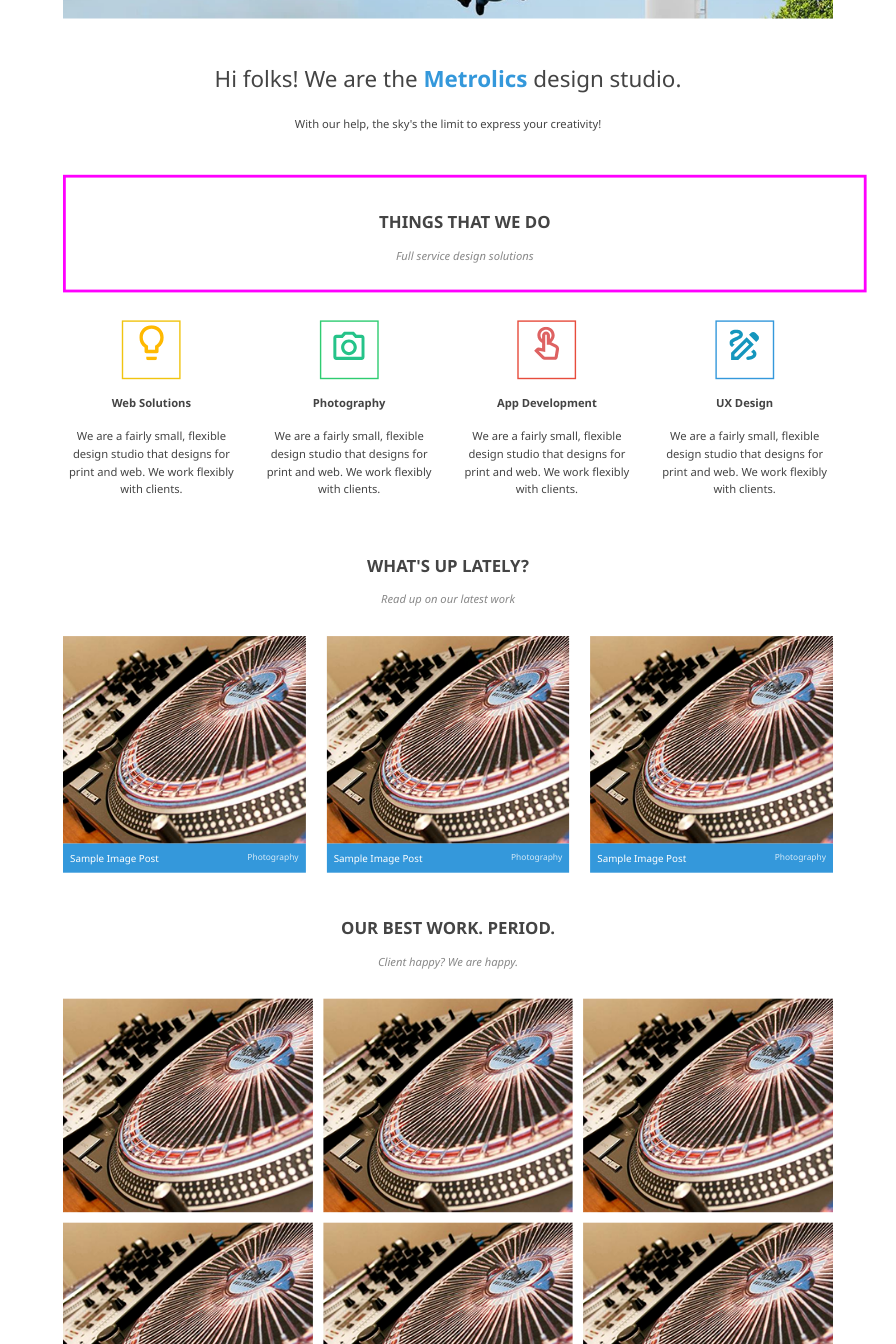
Repository: DavidYoo5/Project-1-Lab-2B-Assignment
Page: Project-1-Lab-2B-Assignment/index.html
These files come from the project's save history. The page is drawn as it stood at one moment and after the next save; the edit follows.
The browser window is 1280 px wide. The pictures show the part of the page from y = 674 to 2594 px (the page is 3880 px tall before and 3872 px after), at 70% of full size.

Above is the page before, as saved 2026-01-28 16:34:47.

### Project-1-Lab-2B-Assignment/index.html
<!doctype html>
<html lang="en">
  <head>
    <meta charset="utf-8" />
    <meta name="viewport" content="width=device-width, initial-scale=1" />
    <title>Metrolics</title>
    <!-- <link rel="stylesheet" href="css/style.css"> -->
    <meta name="description" content="website for lab 2" />
    <link rel="stylesheet" href="style.css" />

    <!-- <meta property="og:title" content="">
  <meta property="og:type" content="">
  <meta property="og:url" content="">
  <meta property="og:image" content="">
  <meta property="og:image:alt" content="">

  <link rel="icon" href="/favicon.ico" sizes="any">
  <link rel="icon" href="/icon.svg" type="image/svg+xml">
  <link rel="apple-touch-icon" href="icon.png">
   <script src="js/app.js"></script>


  <link rel="manifest" href="site.webmanifest"> -->
    <meta name="theme-color" content="#fafafa" />
  </head>

  <body>
    <header class="site-header">
      <div class="header-container">
        <div class="logoAndHeading">
          <h1>Metrolics</h1>
          <div class="logo-vectors">
            <svg
              id="Layer_2"
              data-name="Layer 2"
              xmlns="http://www.w3.org/2000/svg"
              viewBox="0 0 111.31 111.31"
            >
              <defs>
                <style>
                  .cls-1 {
                    fill: #1691bd;
                  }

                  .cls-1,
                  .cls-2,
                  .cls-3,
                  .cls-4 {
                    fill-rule: evenodd;
                  }

                  .cls-2 {
                    fill: #25c389;
                  }

                  .cls-3 {
                    fill: #de6262;
                  }

                  .cls-4 {
                    fill: #ffb901;
                  }
                </style>
              </defs>
              <g id="Layer_1-2" data-name="Layer 1">
                <path class="cls-4" d="M74.21,0h37.1v37.1h-37.1V0Z" />
                <path class="cls-2" d="M0,0h37.1v37.1H0V0Z" />
                <path class="cls-1" d="M37.1,37.1h37.1v37.1h-37.1v-37.1Z" />
                <path class="cls-4" d="M0,74.21h37.1v37.1H0v-37.1Z" />
                <path class="cls-3" d="M74.21,74.21h37.1v37.1h-37.1v-37.1Z" />
              </g>
            </svg>
          </div>
        </div>
        <div class="main-nav-container">
          <nav class="main-nav">
            <a href="#" class="nav-home">Home ></a>
            <a href="#" class="nav-portfolio">Portfolio ></a>
            <a href="#" class="nav-blog">Blog ></a>
            <a href="#" class="nav-quo">Quo Vadis? ></a>
            <a href="#" class="nav-chat">Let's Chat ></a>
          </nav>
        </div>
      </div>
    </header>

    <section class="hero">
      <div class="hero-content">
        <h1 class="hero-title">Metro Style</h1>
        <h2 class="hero-subtitle">Quick on the feet</h2>
        <h3 class="hero-tagline">Metro Styling reinvented</h3>
      </div>
      <img
        src="img/00c1b9f08d738d1023baf2062988c56225701209.png"
        alt="Hero Image"
        class="hero-img"
      />
    </section>

    <section class="intro">
      <h2>Hi folks! We are the <span>Metrolics</span> design studio.</h2>
      <p>With our help, the sky's the limit to express your creativity!</p>
    </section>

    <section class="services">
      <div class="section-heading pink-border">
        <h3>Things That We Do</h3>
        <p>Full service design solutions</p>
      </div>
      <div class="services-grid">
        <div class="service-item">
          <div class="icon-box yellow">
            <svg
              width="35"
              height="50"
              viewBox="0 0 35 50"
              fill="none"
              xmlns="http://www.w3.org/2000/svg"
            >
              <path
                d="M10 47.5C10 48.875 11.125 50 12.5 50H22.5C23.875 50 25 48.875 25 47.5V45H10V47.5ZM17.5 0C7.85 0 0 7.85 0 17.5C0 23.45 2.975 28.675 7.5 31.85V37.5C7.5 38.875 8.625 40 10 40H25C26.375 40 27.5 38.875 27.5 37.5V31.85C32.025 28.675 35 23.45 35 17.5C35 7.85 27.15 0 17.5 0ZM24.625 27.75L22.5 29.25V35H12.5V29.25L10.375 27.75C7 25.4 5 21.575 5 17.5C5 10.6 10.6 5 17.5 5C24.4 5 30 10.6 30 17.5C30 21.575 28 25.4 24.625 27.75Z"
                fill="#FFB901"
              />
            </svg>
          </div>
          <h4>Web Solutions</h4>
          <p>
            We are a fairly small, flexible design studio that designs for print
            and web. We work flexibly with clients.
          </p>
        </div>
        <div class="service-item">
          <div class="icon-box green">
            <svg
              width="45"
              height="41"
              viewBox="0 0 45 41"
              fill="none"
              xmlns="http://www.w3.org/2000/svg"
            >
              <path
                d="M40.5 4.5H33.3675L29.25 0H15.75L11.6325 4.5H4.5C2.025 4.5 0 6.525 0 9V36C0 38.475 2.025 40.5 4.5 40.5H40.5C42.975 40.5 45 38.475 45 36V9C45 6.525 42.975 4.5 40.5 4.5ZM40.5 36H4.5V9H13.6125L17.73 4.5H27.27L31.3875 9H40.5V36ZM22.5 11.25C16.29 11.25 11.25 16.29 11.25 22.5C11.25 28.71 16.29 33.75 22.5 33.75C28.71 33.75 33.75 28.71 33.75 22.5C33.75 16.29 28.71 11.25 22.5 11.25ZM22.5 29.25C18.7875 29.25 15.75 26.2125 15.75 22.5C15.75 18.7875 18.7875 15.75 22.5 15.75C26.2125 15.75 29.25 18.7875 29.25 22.5C29.25 26.2125 26.2125 29.25 22.5 29.25Z"
                fill="#25C389"
              />
            </svg>
          </div>
          <h4>Photography</h4>
          <p>
            We are a fairly small, flexible design studio that designs for print
            and web. We work flexibly with clients.
          </p>
        </div>

        <div class="service-item">
          <div class="icon-box red">
            <svg
              width="36"
              height="48"
              viewBox="0 0 36 48"
              fill="none"
              xmlns="http://www.w3.org/2000/svg"
            >
              <path
                d="M31.9275 25.74L24.6375 22.095C27.54 19.845 29.4075 16.335 29.4075 12.375C29.4075 5.5575 23.85 0 17.0325 0C10.215 0 4.6575 5.5575 4.6575 12.375C4.6575 17.1675 7.4025 21.33 11.4075 23.3775V30.7125C6.57 29.6775 6.8625 29.7225 6.3225 29.7225C5.13 29.7225 4.005 30.195 3.15 31.05L0 34.245L11.4525 45.6975C12.42 46.6875 13.77 47.25 15.165 47.25H29.34C31.545 47.25 33.4125 45.675 33.7725 43.4925L35.5725 32.895C36.0675 29.97 34.605 27.09 31.9275 25.74ZM31.14 32.1525L29.34 42.75H15.165C14.9625 42.75 14.7825 42.66 14.625 42.525L6.345 34.245L15.9075 36.2475V12.375C15.9075 11.745 16.4025 11.25 17.0325 11.25C17.6625 11.25 18.1575 11.745 18.1575 12.375V25.875H22.1175L29.9025 29.7675C30.8025 30.2175 31.2975 31.185 31.14 32.1525ZM9.1575 12.375C9.1575 8.0325 12.69 4.5 17.0325 4.5C21.375 4.5 24.9075 8.0325 24.9075 12.375C24.9075 14.5125 24.0525 16.4475 22.6575 17.865V12.375C22.6575 9.27 20.1375 6.75 17.0325 6.75C13.9275 6.75 11.4075 9.27 11.4075 12.375V17.865C10.0125 16.4475 9.1575 14.5125 9.1575 12.375Z"
                fill="#DE6262"
              />
            </svg>
          </div>
          <h4>App Development</h4>
          <p>
            We are a fairly small, flexible design studio that designs for print
            and web. We work flexibly with clients.
          </p>
        </div>
        <div class="service-item">
          <div class="icon-box blue">
            <svg
              width="43"
              height="44"
              viewBox="0 0 43 44"
              fill="none"
              xmlns="http://www.w3.org/2000/svg"
            >
              <path
                d="M38.3042 17.8592L40.8658 15.2975C42.7508 13.4125 42.7508 10.3433 40.8658 8.45833L37.4583 5.05083C35.5733 3.16583 32.5042 3.16583 30.6192 5.05083L28.0575 7.6125L38.3042 17.8592ZM28.0575 21.2908L10.6575 38.6667H7.25V35.2592L24.6258 17.8833L28.0575 21.2908ZM24.6258 11.02L2.41667 33.2533V43.5H12.6633L34.8725 21.2908L24.6258 11.02ZM38.6667 35.0417C38.6667 40.3342 32.5283 43.5 26.5833 43.5C25.2542 43.5 24.1667 42.4125 24.1667 41.0833C24.1667 39.7542 25.2542 38.6667 26.5833 38.6667C30.305 38.6667 33.8333 36.9025 33.8333 35.0417C33.8333 33.9058 32.6733 32.9392 30.8608 32.1417L34.4375 28.565C37.0233 30.0875 38.6667 32.1175 38.6667 35.0417ZM3.81833 25.0125C1.47417 23.6592 0 21.895 0 19.3333C0 14.9833 4.5675 12.9775 8.60333 11.2133C11.0925 10.1017 14.5 8.60333 14.5 7.25C14.5 6.25917 12.615 4.83333 9.66667 4.83333C6.62167 4.83333 5.31667 6.3075 5.24417 6.38C4.39833 7.37083 2.87583 7.49167 1.86083 6.67C0.87 5.84833 0.676666 4.37417 1.49833 3.335C1.76417 2.99667 4.25333 0 9.66667 0C15.08 0 19.3333 3.19 19.3333 7.25C19.3333 11.7692 14.6692 13.8233 10.5367 15.6358C8.265 16.6267 4.83333 18.125 4.83333 19.3333C4.83333 20.0825 5.8725 20.7833 7.41917 21.4117L3.81833 25.0125Z"
                fill="#1596BD"
              />
            </svg>
          </div>
          <h4>UX Design</h4>
          <p>
            We are a fairly small, flexible design studio that designs for print
            and web. We work flexibly with clients.
          </p>
        </div>
      </div>
    </section>

    <section class="blog">
      <div class="section-heading">
        <h3>What's Up Lately?</h3>
        <p>Read up on our latest work</p>
      </div>
      <div class="blog-grid">
        <div class="blog-card">
          <img
            src="img/9d8936101658556ea729473327b08b9089fea2ca.png"
            alt="Blog"
          />
          <div class="blog-info">
            Sample Image Post <span>Photography</span>
          </div>
        </div>
        <div class="blog-card">
          <img
            src="img/9d8936101658556ea729473327b08b9089fea2ca.png"
            alt="Blog"
          />
          <div class="blog-info">
            Sample Image Post <span>Photography</span>
          </div>
        </div>
        <div class="blog-card">
          <img
            src="img/9d8936101658556ea729473327b08b9089fea2ca.png"
            alt="Blog"
          />
          <div class="blog-info">
            Sample Image Post <span>Photography</span>
          </div>
        </div>
      </div>
    </section>

    <section class="portfolio">
      <div class="section-heading">
        <h3>Our Best Work. Period.</h3>
        <p>Client happy? We are happy.</p>
      </div>
      <div class="portfolio-grid">
        <img
          src="img/9d8936101658556ea729473327b08b9089fea2ca.png"
          alt="Work"
        />
        <img
          src="img/9d8936101658556ea729473327b08b9089fea2ca.png"
          alt="Work"
        />
        <img
          src="img/9d8936101658556ea729473327b08b9089fea2ca.png"
          alt="Work"
        />
        <img
          src="img/9d8936101658556ea729473327b08b9089fea2ca.png"
          alt="Work"
        />
        <img
          src="img/9d8936101658556ea729473327b08b9089fea2ca.png"
          alt="Work"
        />
        <img
          src="img/9d8936101658556ea729473327b08b9089fea2ca.png"
          alt="Work"
        />
      </div>
    </section>

    <section class="clients">
      <div class="section-heading">
        <h3>Satisfaction Guaranteed</h3>
        <p>
          Past clients stoked with our work. We are not happy until YOU are
          happy.
        </p>
      </div>
      <div class="client-grid">
        <div class="client-box"><img src="Client-Krita.png" alt="Krita" /></div>
        <div class="client-box">
          <img src="img/Client-Inkscape.png" alt="Inkscape" />
        </div>
        <div class="client-box"><img src="Client-Godot.png" alt="Godot" /></div>
        <div class="client-box">
          <img src="img/Client-Blender.png" alt="Blender" />
        </div>
        <div class="client-box">
          <img src="img/Client-Penpot.png" alt="Penpot" />
        </div>
      </div>
    </section>

    <footer class="site-footer">
      <div class="content-in-footer">
        <div class="footer-top">
          <img
            src="img/87e668f15f35aacbb73c4f1a013d22e3d90bf0ea.png"
            alt="Alf"
            class="footer-avatar"
          />
          <p class="bio-alf">
            Alf has over 10 years experience in the industry. He is our Creative
            Director, digital designer, web designer and front-end developer. He
            is also pretty good with a sketchbook. Before starting the company
            Peewee worked as a designer and studio manager for a design house
            who boasted a number of big name clients.
          </p>
        </div>

        <div class="footer-main">
          <div class="footer-col">
            <h4 class="footer-h yellow-underline">About Us</h4>
            <p class="about-us-p">
              Minions ipsum potatoooo potatoooo uuuhhh. Chasy poulet tikka
              masala jiji wiiiiih hahaha po kass tulaliloo potatoooo. Bee do bee
              do bee do chasy ti aamoo! Po kass daa b ee do bee do bee do po
              kass wiiiiii butt chasy.
            </p>
            <p class="about-us-p">
              Pepete uuuhhh hahaha gelatooo belloo! Bananaaaa aaaaaah butt
              potatoooo hana dul sae butt. Hahaha wiiiii ti aamoo! Ti aamoo!
              Baboiii jeje. Hahaha gelatooo daa me want bananaaa! Underweaaar
              potatoooo tank yuuu! Aaaaaah potatoooo poopayee.
            </p>
          </div>
          <div class="footer-col">
            <h4 class="footer-h blue-underline">Instagram</h4>
            <div class="insta-grid">
              <img
                src="img/a1e67b2d3c8bb07d5fb83b2f349484c7c0fd2724.png"
                alt="insta"
              />
              <img
                src="img/a1e67b2d3c8bb07d5fb83b2f349484c7c0fd2724.png"
                alt="insta"
              />
              <img
                src="img/a1e67b2d3c8bb07d5fb83b2f349484c7c0fd2724.png"
                alt="insta"
              />
              <img
                src="img/a1e67b2d3c8bb07d5fb83b2f349484c7c0fd2724.png"
                alt="insta"
              />
              <img
                src="img/a1e67b2d3c8bb07d5fb83b2f349484c7c0fd2724.png"
                alt="insta"
              />
              <img
                src="img/a1e67b2d3c8bb07d5fb83b2f349484c7c0fd2724.png"
                alt="insta"
              />
              <img
                src="img/a1e67b2d3c8bb07d5fb83b2f349484c7c0fd2724.png"
                alt="insta"
              />
              <img
                src="img/a1e67b2d3c8bb07d5fb83b2f349484c7c0fd2724.png"
                alt="insta"
              />
            </div>
          </div>
          <div class="footer-mastodon">
            <h4 class="footer-h yellow-underline">What's New on Mastodon</h4>
            <p class="mastodon-p">
              <span>@Minions</span> - ipsum banana potatoooo uuuhhh. Chasy
              poulet tikka masala jiji wiiiii hahaha tulaliloo potatoooo. Bee do
              bee do bee do chasy ti aamoo! Po kass daa b ee do bee do bee do po
              kass wiiiii butt chasy. Pepete uuuhhh hahaha gelatooo belloo!
              ananaaaa aaaaaah butt potatoooo hana dul sae butt. Hahaha wiiiii
              ti aamoo! Ti aamoo! Baboiii jeje. Hahaha gelatooo daa me want
              bananaaa! Underweaaar potatoooo tank yuuu! Aaaaaah potatoooo
              poopayee.
            </p>
            <p class="mastodon-p">
              <span>@Minions</span> - ipsum banana potatoooo uuuhhh. Chasy
              poulet tikka masala jiji wiiiii hahaha tulaliloo potatoooo. Bee do
              bee do bee do chasy ti aamoo! Po kass daa b ee do bee do bee do po
              kass wiiiii butt chasy. Pepete uuuhhh hahaha gelatooo belloo!
              ananaaaa aaaaaah butt potatoooo hana dul sae butt. Hahaha wiiiii
              ti aamoo! Ti aamoo! Baboiii jeje. Hahaha gelatooo daa me want
              bananaaa! Underweaaar potatoooo tank yuuu! Aaaaaah potatoooo
              poopayee.
            </p>
            <p class="mastodon-p">
              <span>@Minions</span> - ipsum banana potatoooo uuuhhh. Chasy
              poulet tikka masala jiji wiiiii hahaha tulaliloo potatoooo. Bee do
              bee do bee do chasy ti aamoo! Po kass daa b ee do bee do bee do po
              kass wiiiii butt chasy. Pepete uuuhhh hahaha gelatooo belloo!
              ananaaaa aaaaaah butt potatoooo hana dul sae butt. Hahaha wiiiii
              ti aamoo! Ti aamoo! Baboiii jeje. Hahaha gelatooo daa me want
              bananaaa! Underweaaar potatoooo tank yuuu! Aaaaaah potatoooo
              poopayee.
            </p>
          </div>

          <div class="footer-track-us">
            <h4 class="footer-h blue-underline">Track us!</h4>
            <div class="social-squares">
              <div class="sq blue"></div>
              <div class="sq orange"></div>
              <div class="sq cyan"></div>
              <div class="sq pink"></div>
              <div class="sq gold"></div>
            </div>

            <div class="newsletter">
              <input type="text" placeholder="Enter your Email..." />
              <button>➤</button>
            </div>
          </div>
        </div>
        <div class="footer-bottom-bar">
          <div class="bar-green"></div>
          <div class="bar-yellow"></div>
          <div class="bar-red"></div>
          <div class="bar-blue"></div>
          <div class="bar-dark"></div>
        </div>
      </div>
    </footer>
  </body>
</html>

### Project-1-Lab-2B-Assignment/style.css
/* --- Body --- */

body {
  font-family: "Segoe UI", Tahoma, Geneva, Verdana, sans-serif;
  color: #444;
  line-height: 1.6;
  text-align: center;
  height: 100vh;
  width: 100vw;
  margin: 0px;
}

/* --- Header & Nav --- */
.site-header {
  background: #fff;
  padding-left: 10;
}

.header-container {
  max-width: 1100px;
  margin: 0 auto;
  display: flex;
  justify-content: space-between;
  align-items: center;
}

.logoAndHeading {
  font-size: 24px;
  font-weight: bold;
  color: #333;
  display: flex;
  flex-direction: row;
  align-items: center;
  gap: 20px;
}

.logo-vectors {
  display: inline-block;
  width: 20px;
  height: 20px;
  margin-left: 2px;
}

.main-nav a {
  text-decoration: none;
  color: white;
  font-size: 14px;
  font-weight: bold;
}

.nav-home {
  background-color: #2ecc71;
  padding: 0;
  margin: 0;
}

.nav-portfolio {
  background-color: #f1c40f;
  padding: 0;
  margin: 0;
}

.nav-blog {
  background-color: #e74c3c;
  padding: 0;
  margin: 0;
}

.nav-quo {
  background-color: #3498db;
  padding: 0;
  margin: 0;
}

.nav-chat {
  background-color: #34495e;
  padding: 0;
  margin: 0;
}

/* --- Hero Section --- */
.hero {
  position: relative;
  height: 500px;
  overflow: hidden;
}

.hero-img {
  width: 100%;
  height: 100%;
  object-fit: cover;
}

.hero-content {
  position: absolute;
  top: 50%;
  left: 15%;
  transform: translateY(-50%);
  text-align: left;
  z-index: 2;
}

.hero-content h1,
.hero-content h2,
.hero-content h3 {
  background: white;
  padding: 10px 20px;
  margin-bottom: 10px;
  display: table;
  font-weight: normal;
  box-shadow: 2px 2px 5px rgba(0, 0, 0, 0.1);
}

.hero-title {
  border-left: 5px solid #3498db;
  font-size: 28px;
}

.hero-subtitle {
  border-left: 5px solid #e74c3c;
  font-size: 22px;
}

.hero-tagline {
  border-left: 5px solid #f1c40f;
  font-size: 18px;
}

/* --- Sections Common --- */
section {
  max-width: 1100px;
  margin: 60px auto;
  padding: 0 20px;
}

.section-heading {
  margin-bottom: 40px;
}

.section-heading h3 {
  font-size: 24px;
  text-transform: uppercase;
  margin-bottom: 5px;
}

.section-heading p {
  color: #888;
  font-style: italic;
}

.pink-border {
  border: 4px solid #ff00ff;
  padding: 20px;
  display: inline-block;
  width: 100%;
}

/* --- Intro --- */
.intro h2 {
  font-size: 32px;
  font-weight: 300;
}

.intro span {
  color: #3498db;
  font-weight: bold;
}

/* --- Grids --- */
.services-grid,
.blog-grid,
.portfolio-grid,
.client-grid {
  display: grid;
  gap: 30px;
}

.services-grid {
  grid-template-columns: repeat(4, 1fr);
}

.blog-grid {
  grid-template-columns: repeat(3, 1fr);
}

.portfolio-grid {
  grid-template-columns: repeat(3, 1fr);
  gap: 15px;
}

.client-grid {
  grid-template-columns: repeat(5, 1fr);
  align-items: center;
}

/* Icons */
.icon-box {
  font-size: 40px;
  width: 80px;
  height: 80px;
  line-height: 80px;
  margin: 0 auto 20px;
  border: 2px solid;
}

.yellow {
  border-color: #f1c40f;
  color: #f1c40f;
}

.green {
  border-color: #2ecc71;
  color: #2ecc71;
}

.red {
  border-color: #e74c3c;
  color: #e74c3c;
}

.blue {
  border-color: #3498db;
  color: #3498db;
}

/* Blog Cards */
.blog-card img,
.portfolio-grid img {
  width: 100%;
  display: block;
}

.blog-info {
  background: #3498db;
  color: white;
  padding: 10px;
  text-align: left;
  font-size: 14px;
}

.blog-info span {
  float: right;
  font-size: 12px;
  opacity: 0.8;
}

/* --- Footer --- */
.site-footer {
  background: #1a2a3a;
  color: #bdc3c7;
  padding-top: 40px;
  text-align: left;
}

 .content-in-footer {
  max-width: 1100px;
  margin: 0 auto;
  padding: 0;
 }


.footer-top {
  max-width: 760px;
  display: grid;
  align-items: start;
  margin: 0 auto 40px;
  display: flex;
  align-items: center;
  gap: 20px;
  border-bottom: 1px solid #2c3e50;
  padding-bottom: 20px;
}

.footer-avatar {
  grid-column: 1;
  width: 80px;
  height: 80px;
  border-radius: 50%;
  border: 3px solid #fff;
}
.bio-alf {
    grid-column: 2, 5;

}

.footer-main {
  max-width: 1100px;
  margin: 0 auto;
  display: grid;
  grid-template-columns: repeat(4, 1fr);
  gap: 30px;
  padding-bottom: 40px;
}


.about-us-p {
  font-size: 12px;
}

.footer-h {
  color: white;
  margin-bottom: 20px;
  padding-bottom: 5px;
  display: inline-block;
}

.yellow-underline {
  border-bottom: 2px solid #f1c40f;
}

.blue-underline {
  border-bottom: 2px solid #3498db;
}

/* Instagram Grid */
.insta-grid {
  display: grid;
  grid-template-columns: repeat(3, 1fr);
  gap: 16px;
}

.insta-grid img {
  width: 100%;
  width: 64px;
  height: 64px;
}

.footer-mastodon {
  max-width: 320px;
}

.mastodon-p {
  font-size: 9px;
}

.footer-track-us {

  max-width: 144px;
}

/* Social Squares */
.social-squares {
  display: grid;
  grid-template-columns: repeat(4, 1fr);
  gap: 8px;
  margin-bottom: 15px;
  max-width: 144px;
}

.sq {
  width: 30px;
  height: 30px;

}

.sq.blue {
  background: #3498db;
}

.sq.orange {
  background: #e67e22;
}

.sq.cyan {
  background: #1abc9c;
}

.sq.pink {
  background: #e91e63;
}

.sq.gold {
  background: #f1c40f;
}

/* Newsletter */
.newsletter {
  display: flex;
  max-width: 143.92px;
}


::placeholder {
  color: #FFFFFF;
  font-size: 12px;
}

.newsletter input {
  background: #DE6262;
  border: none;
  padding: 10px;
  color: white;
  width: 80%;
}

.newsletter button {
  background: #f1c40f;
  border: none;
  padding: 10px;
  cursor: pointer;
}




.site-footer{
  position: relative;
  background: #0c2f4a;
  padding-bottom: 48px;
}

.site-footer::after{
  content: "";
  position: absolute;
  bottom: 16px;
  left: 50%;
  transform: translateX(-50%);

  height: 10px;

  background: linear-gradient(
    to right,
    #1abc9c 0%,
    #1abc9c 20%,
    #f1c40f 20%,
    #f1c40f 40%,
    #e74c3c 40%,
    #e74c3c 60%,
    #3498db 60%,
    #3498db 80%,
    #2c3e50 80%,
    #2c3e50 100%
  );
}


/* Bottom Color Bar */
/* .footer-bottom-bar {
  display: flex;
  height: 10px;
}

.footer-bottom-bar div {
  flex: 1;
}

.bar-green {
  background: #2ecc71;
}

.bar-yellow {
  background: #f1c40f;
}

.bar-red {
  background: #e74c3c;
}

.bar-blue {
  background: #3498db;
}

.bar-dark {
  background: #1a2a3a;
} */

After the next save:
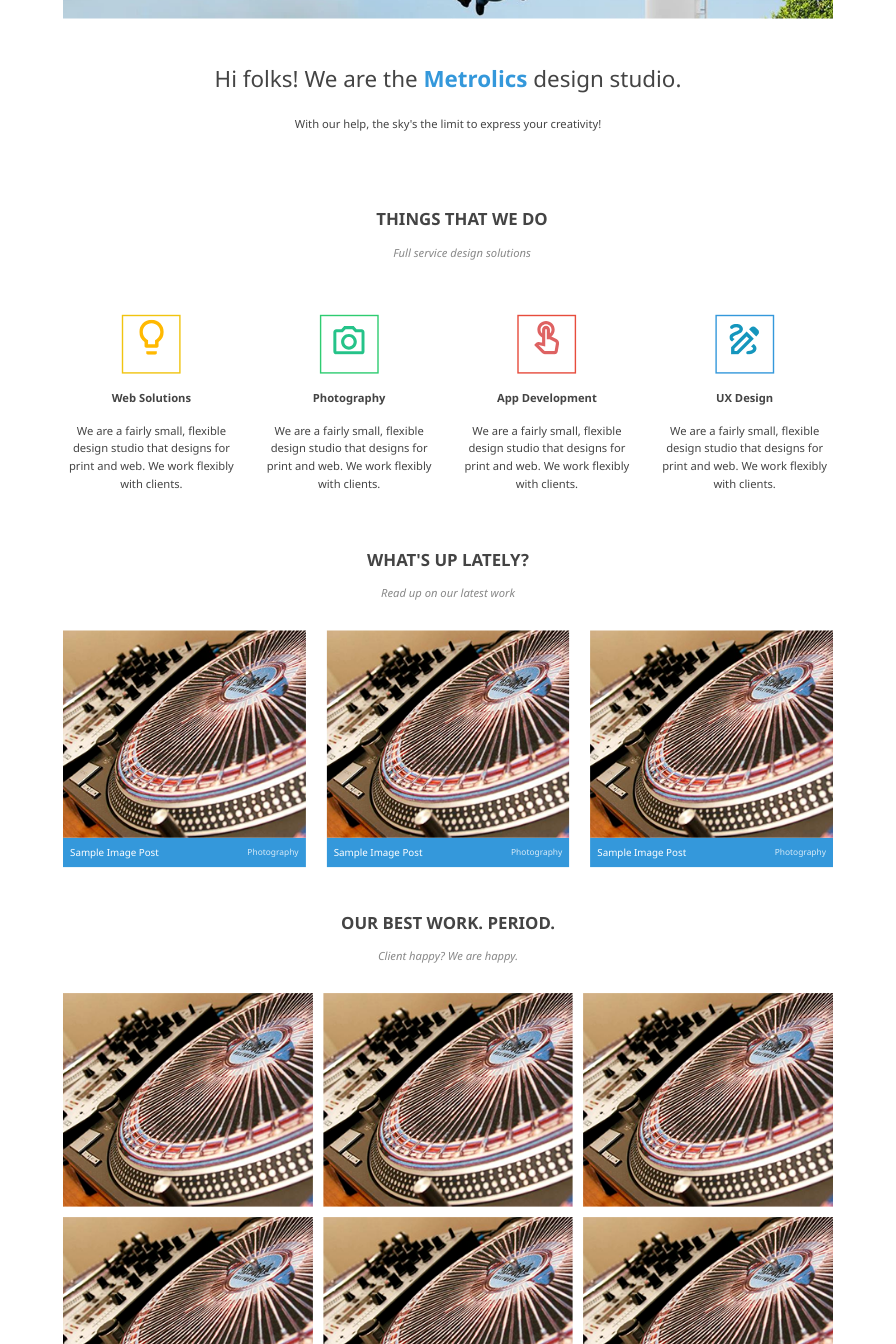
Saved 86 s later.
--- a/Project-1-Lab-2B-Assignment/style.css
+++ b/Project-1-Lab-2B-Assignment/style.css
@@ -149,7 +149,6 @@
 }
 
 .pink-border {
-  border: 4px solid #ff00ff;
   padding: 20px;
   display: inline-block;
   width: 100%;
